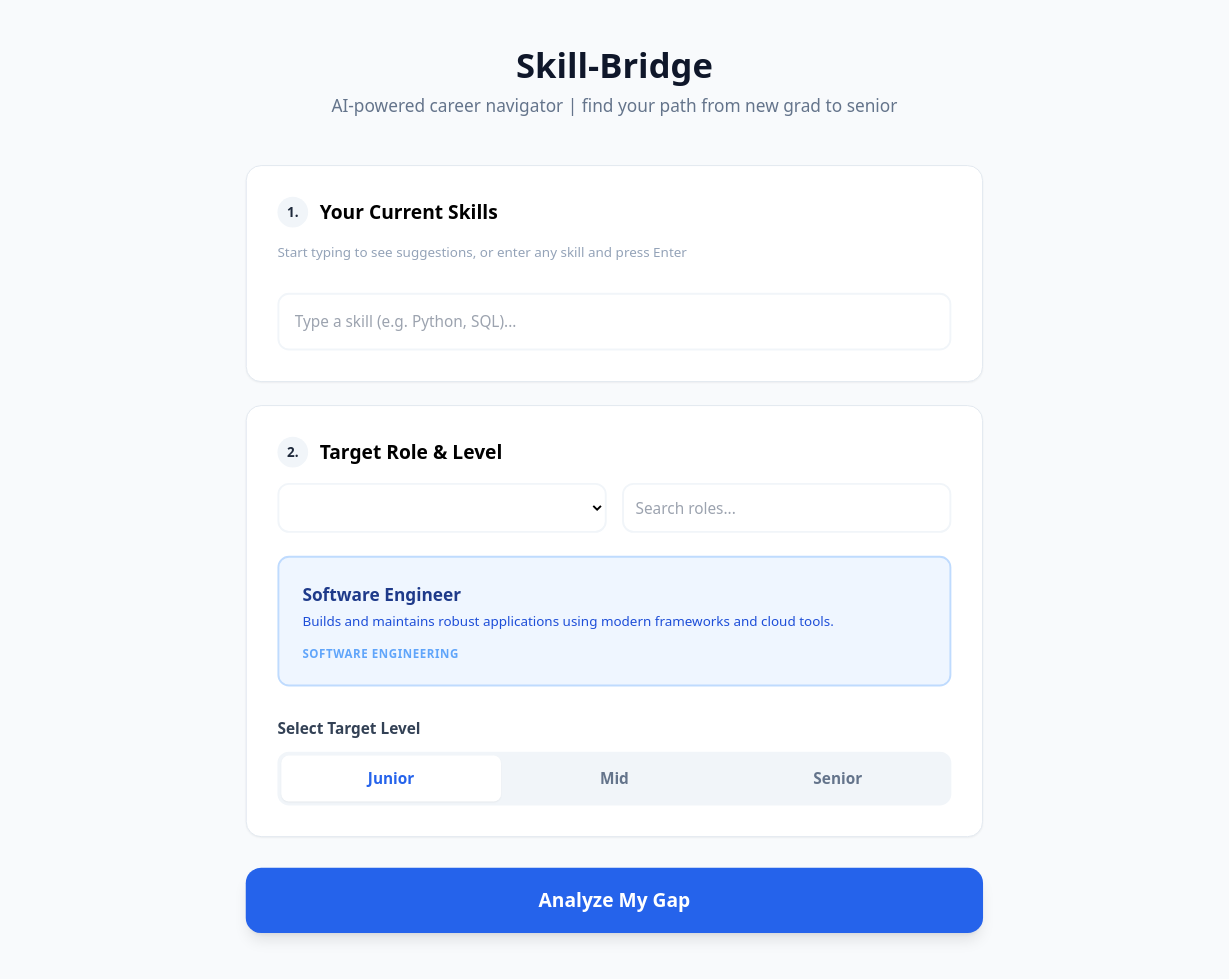
Repository: aasifk71/palo_alto
Page: public/index.html
These files come from the project's save history. The page is drawn as it stood at one moment and after the next save; the edit follows.
The browser window is 1280 px wide. The pictures show the whole page, at 96% of full size.
The page's requests for data from a server got no answer. Some web libraries are served in a nearby version.

Above is the page before, as saved 2026-03-19 15:18:23.

After the next save:
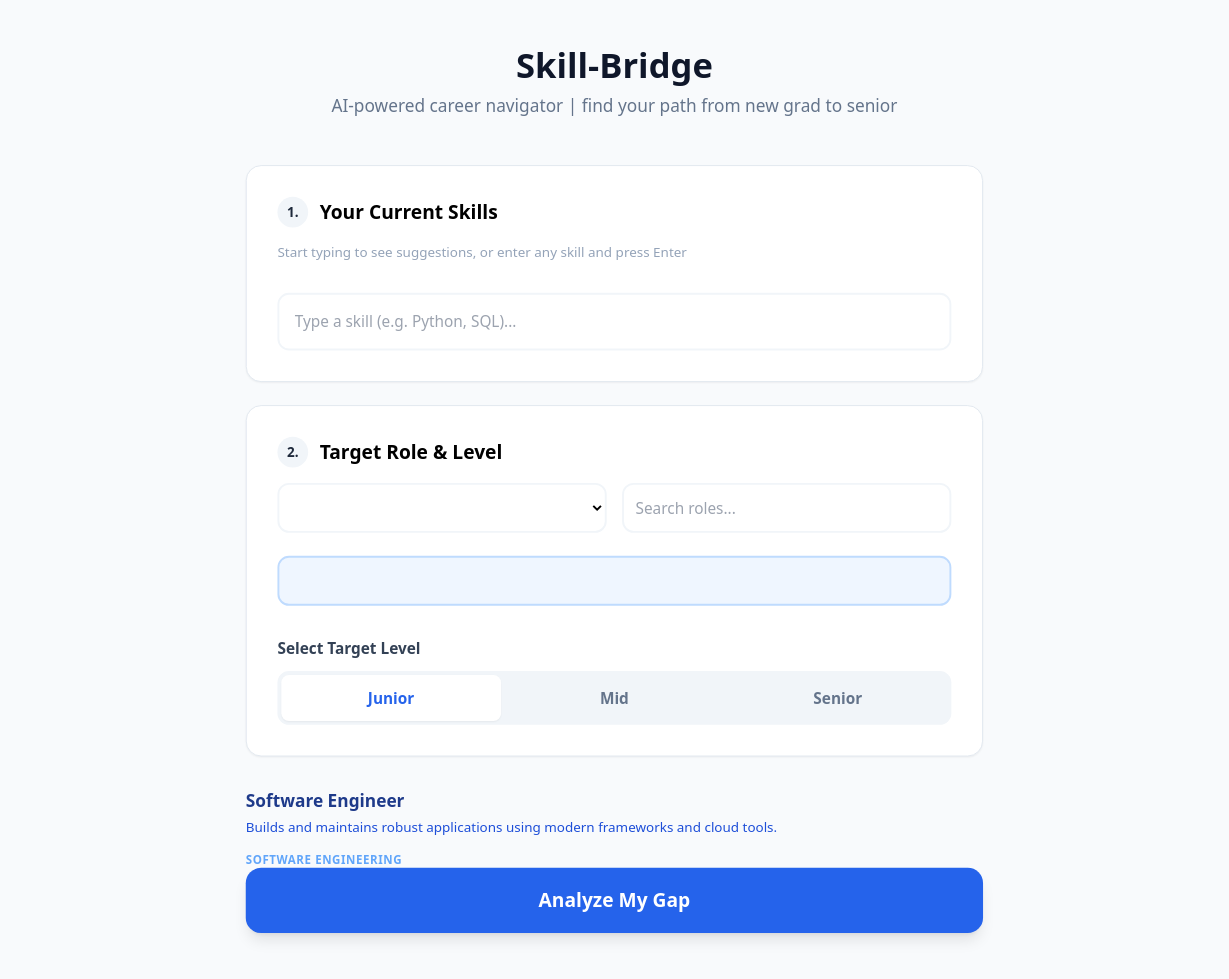
Saved 16 min 48 s later.
--- a/public/index.html
+++ b/public/index.html
@@ -52,10 +52,7 @@
 
             <!-- Role Preview Card -->
             <div class="bg-blue-50 border-2 border-blue-200 p-6 rounded-xl mb-8">
-                <h3 id="previewTitle" class="font-bold text-blue-900 text-lg">Software Engineer</h3>
-                <p id="previewDesc" class="text-blue-700 text-sm mt-1">Builds and maintains robust applications using modern frameworks and cloud tools.</p>
-                <span id="previewCat" class="text-xs uppercase tracking-wider font-bold text-blue-400 mt-4 block">Software Engineering</span>
-            </div>
+           </div>
 
             <label class="block font-bold text-slate-700 mb-3">Select Target Level</label>
             <div class="flex p-1 bg-slate-100 rounded-xl gap-1">
@@ -63,7 +60,10 @@
                 <button onclick="setLevel('mid')" class="level-btn flex-1 py-3 px-4 rounded-lg font-bold transition-all text-slate-500">Mid</button>
                 <button onclick="setLevel('senior')" class="level-btn flex-1 py-3 px-4 rounded-lg font-bold transition-all text-slate-500">Senior</button>
             </div>
-        </div>
+        </div>           <h3 id="previewTitle" class="font-bold text-blue-900 text-lg">Software Engineer</h3>
+                <p id="previewDesc" class="text-blue-700 text-sm mt-1">Builds and maintains robust applications using modern frameworks and cloud tools.</p>
+                <span id="previewCat" class="text-xs uppercase tracking-wider font-bold text-blue-400 mt-4 block">Software Engineering</span>
+
 
         <button onclick="analyze()" id="btn" class="w-full bg-blue-600 hover:bg-blue-700 text-white py-5 rounded-2xl font-black text-xl shadow-lg transition-transform active:scale-[0.98]">
             Analyze My Gap
